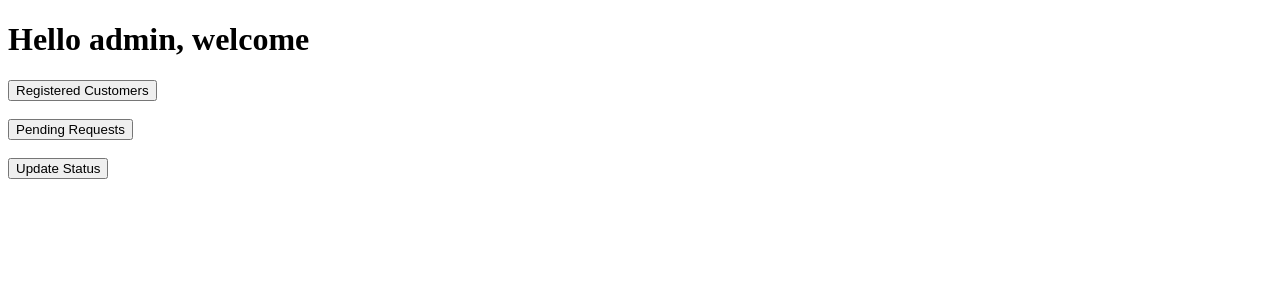
Repository: LingWenXing/java-fundamentals
Page: http://localhost/CarServiceSystem/adminLoginSuccess.jsp
The author's editor kept a copy of each file at every save. The page is drawn from the files as they stood at one save, then again after the next save.
The browser window is 1280 px wide. The pictures show the whole page.
The page is served by Tomcat 9. Other server files are loaded and not shown.

Above is the page before, as saved 2022-04-11 04:16:00.

### CarServiceSystem/src/main/webapp/adminLoginSuccess.jsp
<%@ page language="java" contentType="text/html; charset=ISO-8859-1"
    pageEncoding="ISO-8859-1"%>
<!DOCTYPE html>
<html>
<head>
<meta charset="ISO-8859-1">
<title>Admin Login Success</title>
</head>
<body>
	<h1>Hello admin, welcome</h1>
	<form action = "/CarServiceSystem/RegisteredCustomers">
		<input type="submit" value="Registered Customers">
	</form>
	<br>
	<form action = "/CarServiceSystem/PendingRequest">
		<input type="submit" value="Pending Requests">
	</form>
	<br>
	<form action = "/CarServiceSystem/UpdateStatus">
		<input type="submit" value="Update Status">
	</form>
</body>
</html>

After the next save:
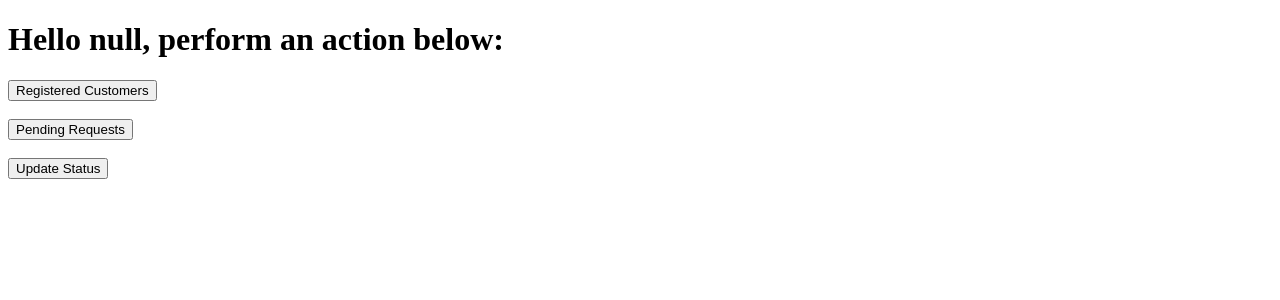
Saved 85 s later.
--- a/CarServiceSystem/src/main/webapp/adminLoginSuccess.jsp
+++ b/CarServiceSystem/src/main/webapp/adminLoginSuccess.jsp
@@ -7,7 +7,7 @@
 <title>Admin Login Success</title>
 </head>
 <body>
-	<h1>Hello admin, welcome</h1>
+	<h1>Hello <%out.print(session.getAttribute("cun")); %>, perform an action below: </h1>
 	<form action = "/CarServiceSystem/RegisteredCustomers">
 		<input type="submit" value="Registered Customers">
 	</form>
